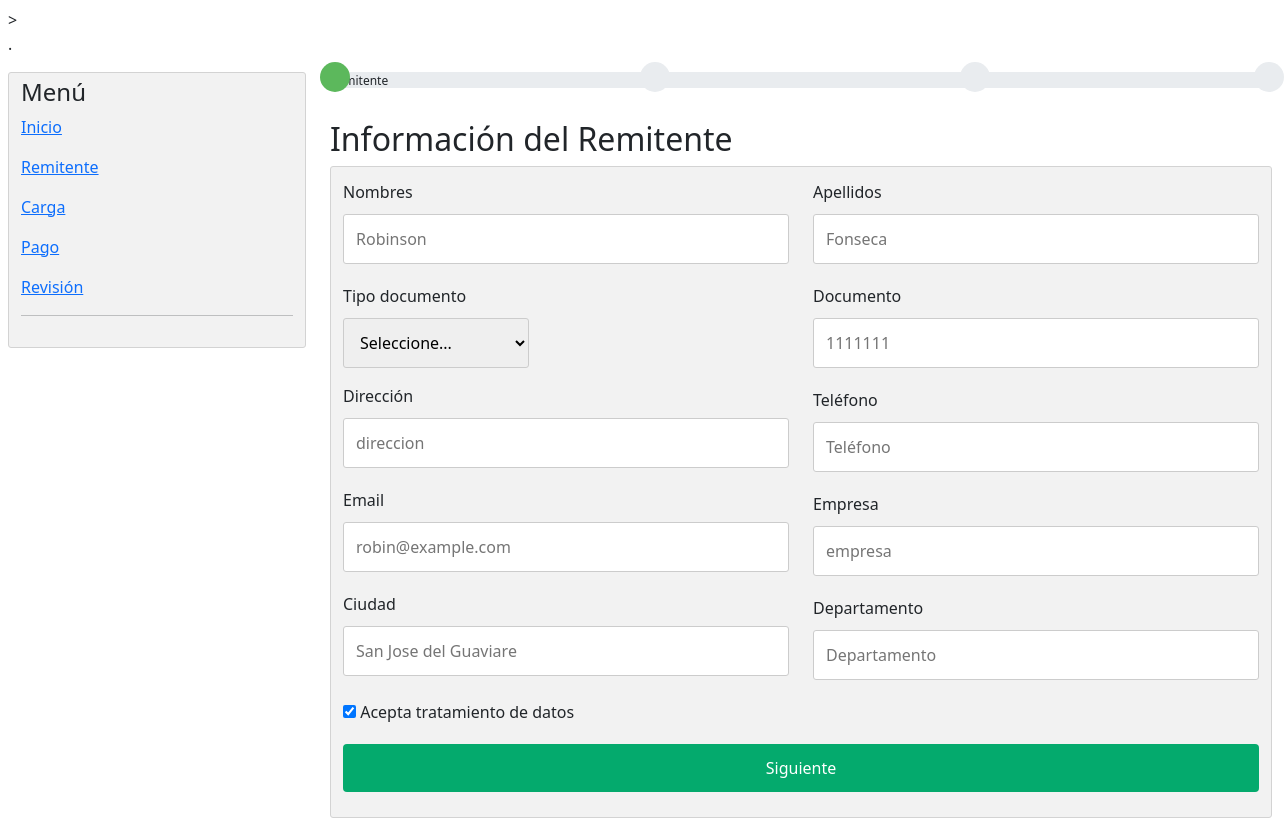
Repository: SennovaFluvial/Trasnfluvial
Page: appFluvial/templates/card1.html
An editor plug-in stored every save of this project. The page is shown before and after the next save, followed by the edit.
The browser window is 1280 px wide. The page is 1284 px wide, so the pictures cover 1284 px, including what lies to the right of the window. The pictures show the whole page.
The template is drawn by Django 3.2. The application's start-up code is not run. The template is opened directly, without the code that normally fills it, so the values that code supplies are empty.

Above is the page before, as saved 2023-10-18 22:49:33.

After the next save:
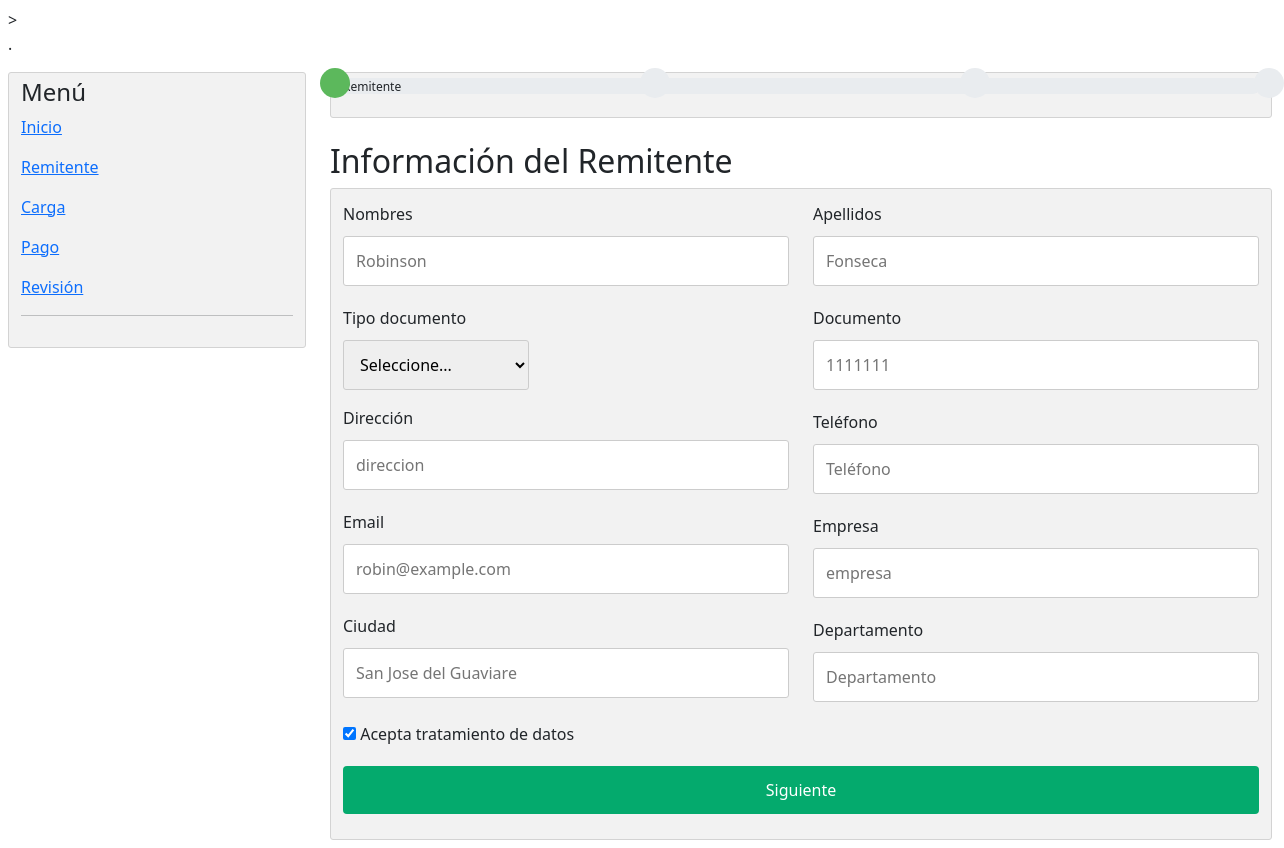
Saved 40 s later.
--- a/appFluvial/templates/card1.html
+++ b/appFluvial/templates/card1.html
@@ -184,7 +184,7 @@
 
   <div class="col-75">
     <!--  ****************************************BEGIN************************************************ -->
-    <div class="">
+    <div class="container">
       <div class="row"><br />
         <div class="col-md-12">
 

After the save that followed:
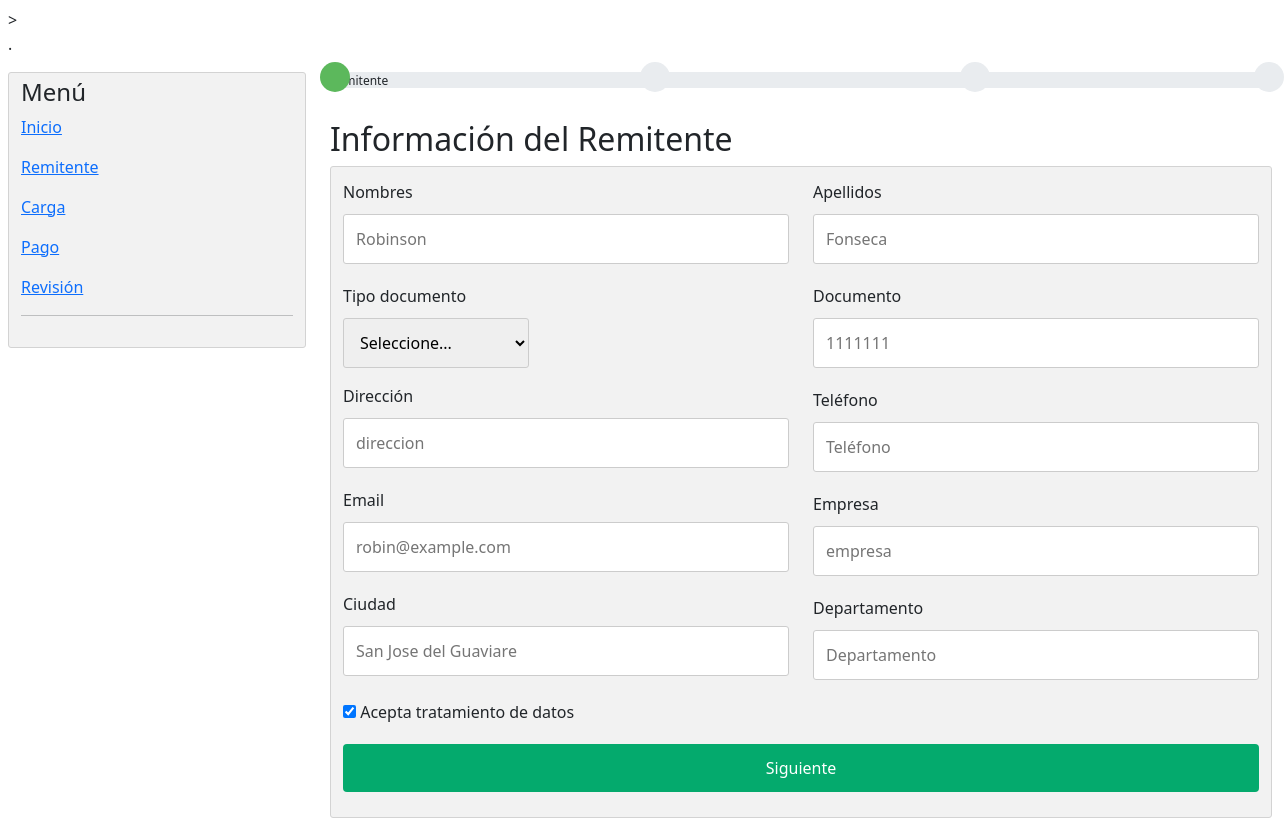
Saved 111 s later.
--- a/appFluvial/templates/card1.html
+++ b/appFluvial/templates/card1.html
@@ -184,10 +184,9 @@
 
   <div class="col-75">
     <!--  ****************************************BEGIN************************************************ -->
-    <div class="container">
+    <div class="container_">
       <div class="row"><br />
         <div class="col-md-12">
-
         <div class="progress">
             <div class="one success-color"></div>
             <label for="one">Remitente</label>
